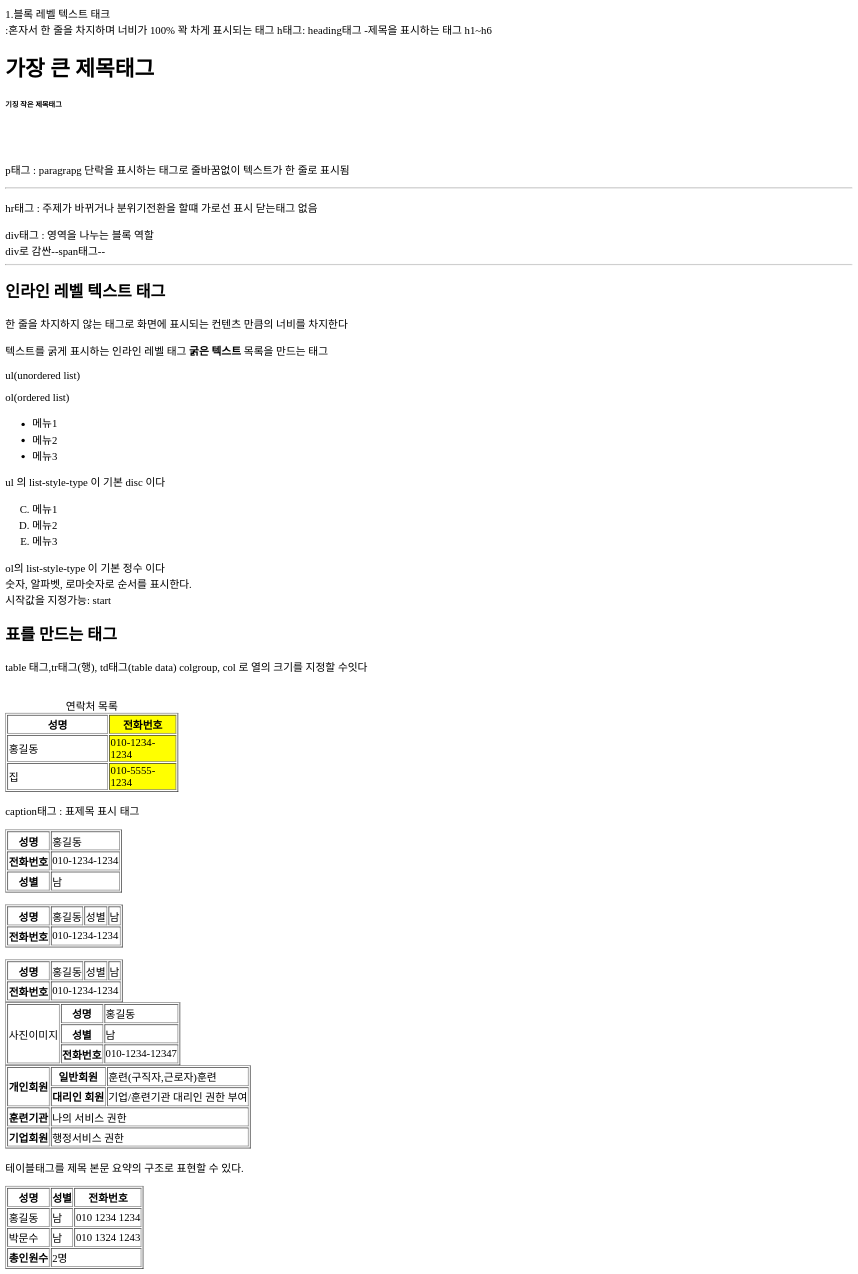
Repository: hana825/Web
Page: web/WebContent/index.html
An editor plug-in stored every save of this project. The page is shown before and after the next save, followed by the edit.
The browser window is 1280 px wide. The pictures show the whole page, at 67% of full size.

Above is the page before, as saved 2022-03-17 07:21:11.

After the next save:
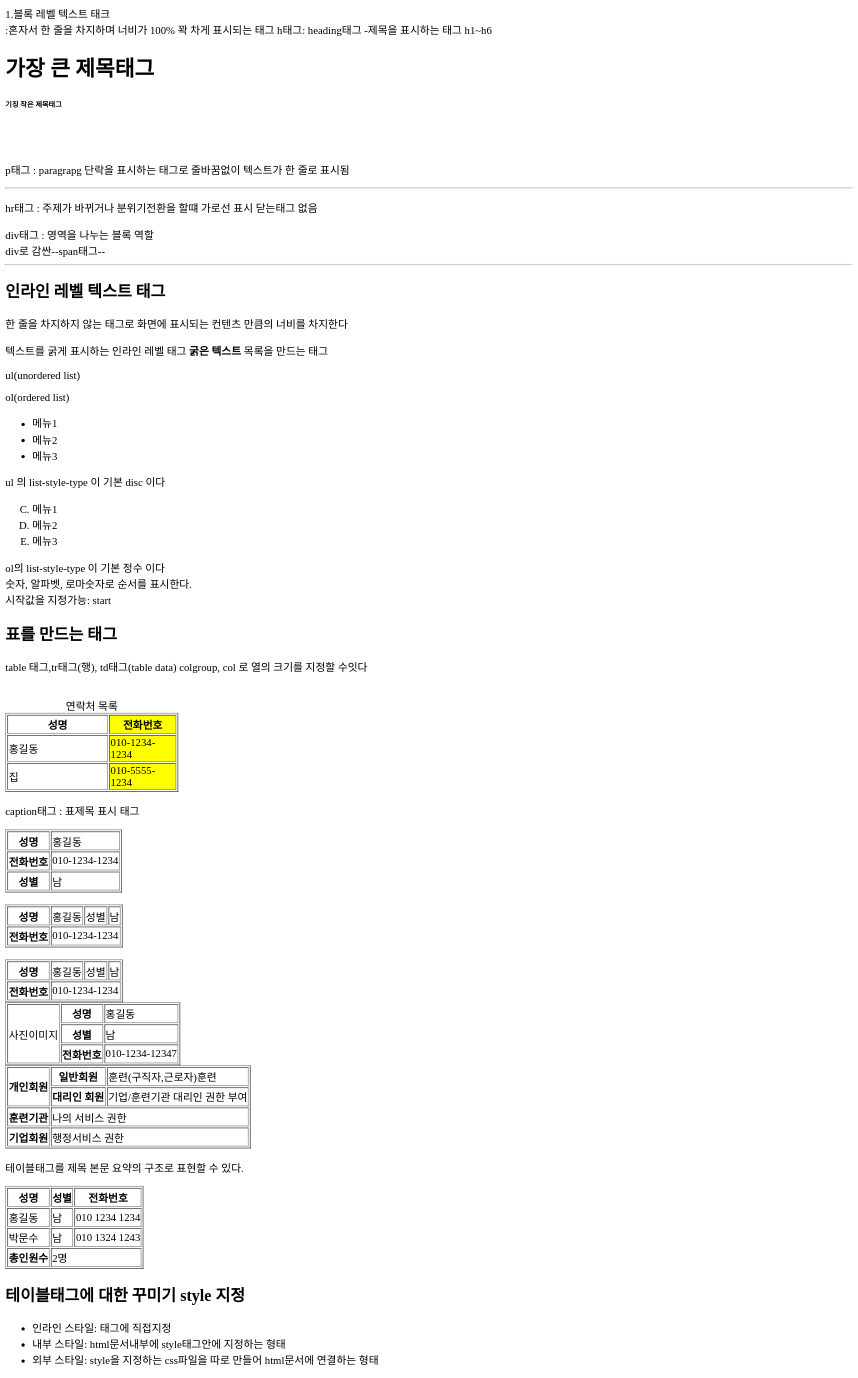
Saved 5 min 9 s later.
--- a/web/WebContent/index.html
+++ b/web/WebContent/index.html
@@ -178,6 +178,12 @@ colgroup, col 로 열의 크기를 지정할 수잇다
 	</tfoot>
 </table>
 
+<h2>테이블태그에 대한 꾸미기 style 지정</h2>
+<ul>
+	<li>인라인 스타일: 태그에 직접지정</li>
+	<li>내부 스타일: html문서내부에 style태그안에 지정하는 형태</li>
+	<li>외부 스타일: style을 지정하는 css파일을 따로 만들어 html문서에 연결하는 형태</li>
+</ul>
 
 
 
